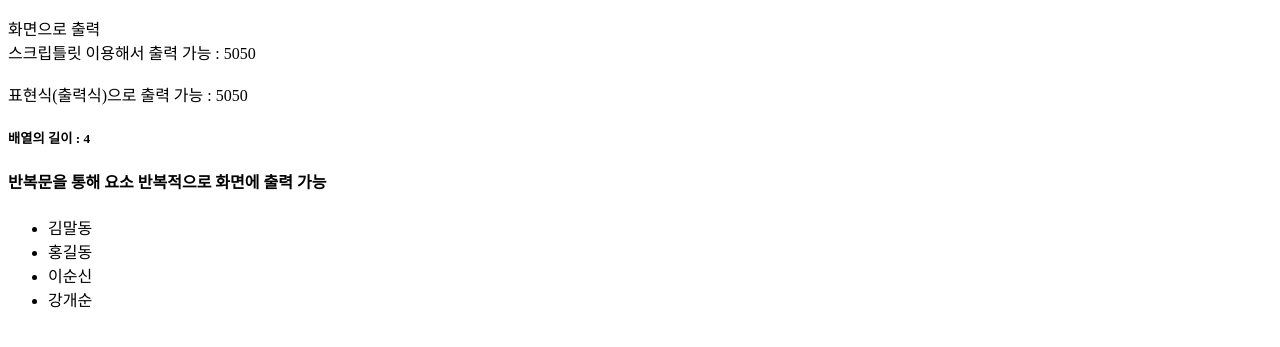
Repository: BrianH29/BH_webserver_workspace1
Page: http://localhost/2_JSP/views/01_ScriptingElement.jsp
The author's editor kept a copy of each file at every save. The page is drawn from the files as they stood at one save, then again after the next save.
The browser window is 1280 px wide. The pictures show the whole page.
The page is served by Tomcat 9.

Above is the page before, as saved 2020-08-31 01:45:21.

### webserver_workspace1/2_JSP/WebContent/views/01_ScriptingElement.jsp
<%@ page language="java" contentType="text/html; charset=UTF-8"
    pageEncoding="UTF-8"%>
<!DOCTYPE html>
<html>
<head>
<meta charset="UTF-8">
<title>Insert title here</title>
</head>
<body>
	<!-- HTML 주석: 개발자도구 탭에 노출됨-->
	<%-- JSP 주석 : 개발자도구 탭에 노출안됨 --%>


	<%
		// 스크립틀릿 : 이안에서는 일반적인 자바 코드 작성 가능(변수 선언 및 초기화, 제어문 등등...)
		int sum = 0;

		for(int i =1; i<=100; i++){
			sum += i;
		}

		System.out.println("sum" + sum);
	%>

	<p>
		화면으로 출력 <br>
		스크립틀릿 이용해서 출력 가능 : <% out.println(sum); %><br><br>
		표현식(출력식)으로 출력 가능 : <%= sum %>
	</p>

	<%
		String[] name = {"김말동","홍길동","이순신","강개순"};
	%>

	<h5>배열의 길이 : <%= name.length %></h5>

	<h4>반복문을 통해 요소 반복적으로 화면에 출력 가능</h4>

	<ul>
		<% for(int i=0; i<name.length; i++){ %>
			<!-- HTML 구간 -->
			<li><%= name[i] %></li>


		<% } %>
	</ul>

</body>
</html>

After the next save:
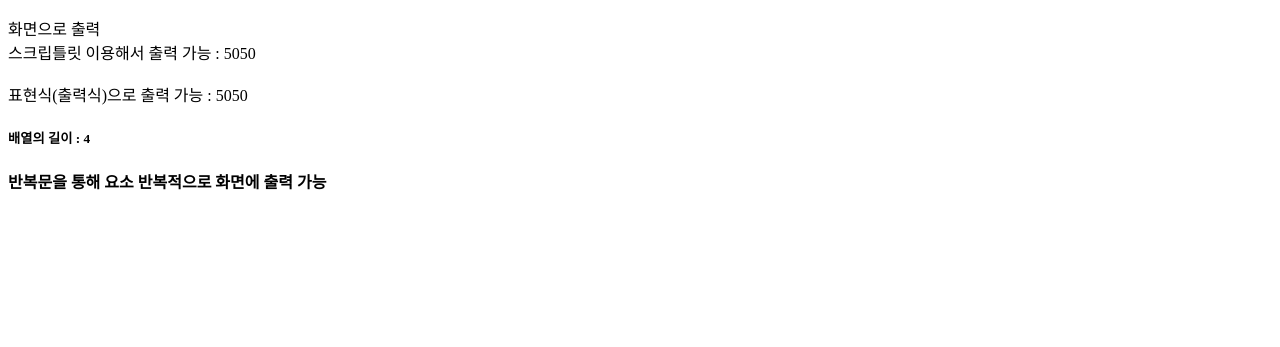
Saved 2 min 58 s later.
--- a/webserver_workspace1/2_JSP/WebContent/views/01_ScriptingElement.jsp
+++ b/webserver_workspace1/2_JSP/WebContent/views/01_ScriptingElement.jsp
@@ -37,12 +37,18 @@
 	<h4>반복문을 통해 요소 반복적으로 화면에 출력 가능</h4>
 
 	<ul>
+		<%--
 		<% for(int i=0; i<name.length; i++){ %>
 			<!-- HTML 구간 -->
 			<li><%= name[i] %></li>
 
 
 		<% } %>
+		--%>
+
+		<% for(String str : name){ %>
+
+		<% } %>
 	</ul>
 
 </body>

After the save that followed:
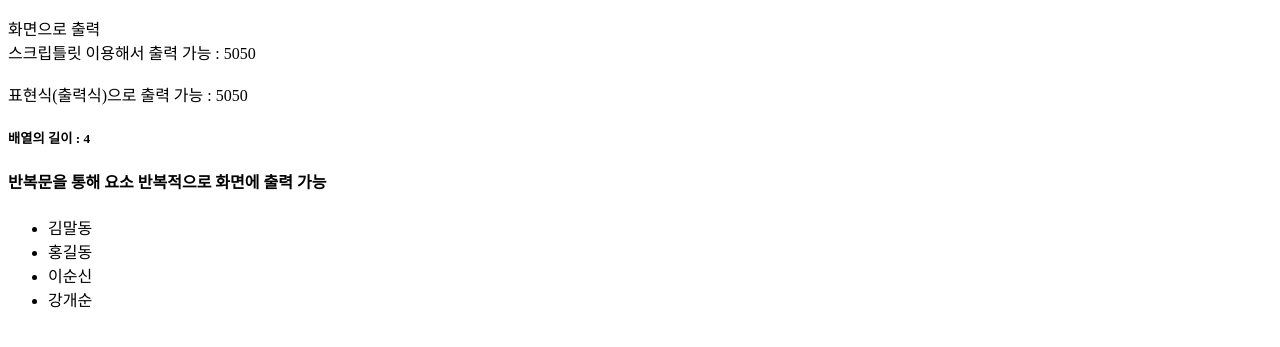
Saved 24 s later.
--- a/webserver_workspace1/2_JSP/WebContent/views/01_ScriptingElement.jsp
+++ b/webserver_workspace1/2_JSP/WebContent/views/01_ScriptingElement.jsp
@@ -47,7 +47,7 @@
 		--%>
 
 		<% for(String str : name){ %>
-
+			<li><%= str %></li>
 		<% } %>
 	</ul>
 
